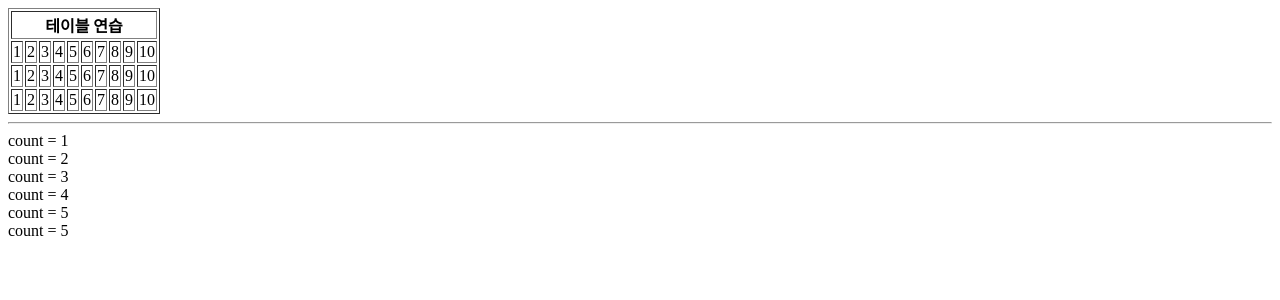
Repository: KimMinseooo/itwillStudy
Page: BACKEND/JSP/workspace_jsp/StudyJavascript/src/main/webapp/js04_1031/test11.html
These files come from the project's save history. The page is drawn as it stood at one moment and after the next save; the edit follows.
The browser window is 1280 px wide. The pictures show the whole page.

Above is the page before, as saved 2024-10-31 02:24:31.

After the next save:
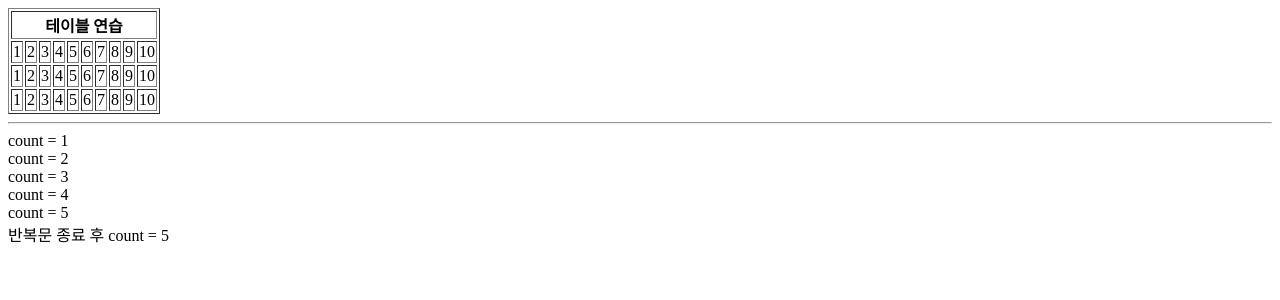
Saved 12 s later.
--- a/BACKEND/JSP/workspace_jsp/StudyJavascript/src/main/webapp/js04_1031/test11.html
+++ b/BACKEND/JSP/workspace_jsp/StudyJavascript/src/main/webapp/js04_1031/test11.html
@@ -96,7 +96,7 @@
 
 		}
 
-		document.write("count = " +count +"<br>");
+		document.write("반복문 종료 후 count = " +count +"<br>");
 
 	</script>
 
